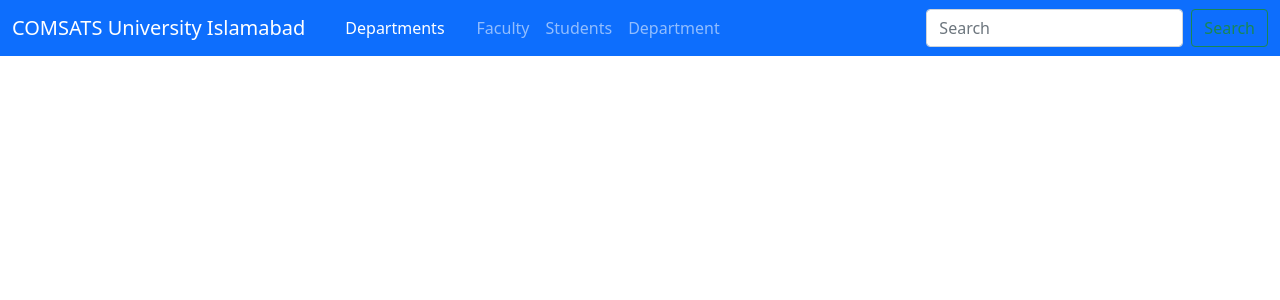
Repository: SaudCh/Web-Mid-Exams
Page: /register
The author's editor kept a copy of each file at every save. The page is drawn from the files as they stood at one save, then again after the next save.
The browser window is 1280 px wide. The pictures show the whole page.
The project was rebuilt for these pictures with package versions that can differ from the ones it lists, and the page was loaded fresh each time.

Above is the page before, as saved 2021-11-22 10:34:01.

### src/App.js
import React from "react";
import { BrowserRouter as Router, Switch, Route, Link } from "react-router-dom";
import "../node_modules/bootstrap/dist/css/bootstrap.min.css";
import "../node_modules/bootstrap/dist/js/bootstrap.bundle.min";
import Header from "./Shared/Header";

export default function App() {
  return (
    <Router>
      <Header />
    </Router>
  );
}

### src/Shared/Header.jsx
import React from "react";
import { Link } from "react-router-dom";
export default function Header() {
  return (
    <nav class="navbar navbar-expand-lg navbar-dark bg-primary">
      <div class="container-fluid">
        <Link to="/" class="navbar-brand" href="#">
          COMSATS University Islamabad
        </Link>
        <button
          class="navbar-toggler"
          type="button"
          data-bs-toggle="collapse"
          data-bs-target="#navbarSupportedContent"
          aria-controls="navbarSupportedContent"
          aria-expanded="false"
          aria-label="Toggle navigation"
        >
          <span class="navbar-toggler-icon"></span>
        </button>
        <div class="collapse navbar-collapse" id="navbarSupportedContent">
          <ul class="navbar-nav me-auto mb-2 mb-lg-0">
            <li class="nav-item mx-3">
              <Link to="/" class="nav-link active" aria-current="page" href="#">
                Departments
              </Link>
            </li>
            <li class="nav-item">
              <Link to="/" class="nav-link" href="#">
                Faculty
              </Link>
            </li>

            <li class="nav-item">
              <Link
                to="/"
                class="nav-link"
                href="#"
                tabindex="-1"
                aria-disabled="true"
              >
                Students
              </Link>
            </li>
            <li class="nav-item">
              <Link
                to="/"
                class="nav-link"
                href="#"
                tabindex="-1"
                aria-disabled="true"
              >
                Department
              </Link>
            </li>
          </ul>
          <form class="d-flex">
            <input
              class="form-control me-2"
              type="search"
              placeholder="Search"
              aria-label="Search"
            />
            <button class="btn btn-outline-success" type="submit">
              Search
            </button>
          </form>
        </div>
      </div>
    </nav>
  );
}

Loaded but not shown: public/index.html (common file); src/index.js (common file); src/index.css (common file); src/reportWebVitals.js (common file)

After the next save:
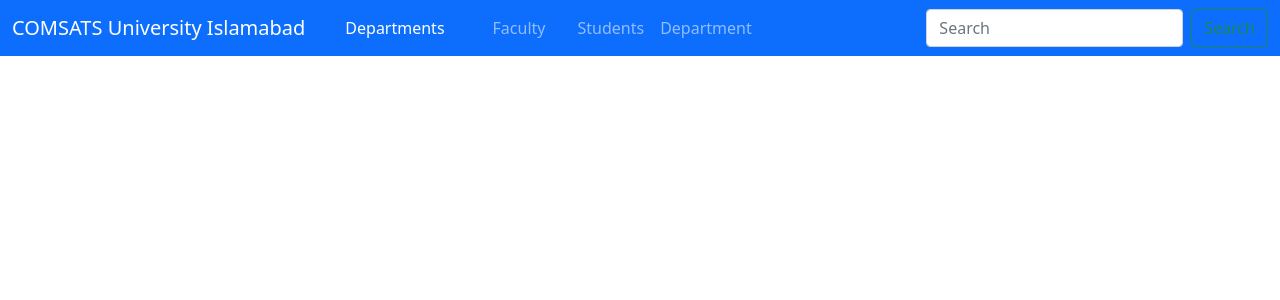
Saved 8 s later.
--- a/src/Shared/Header.jsx
+++ b/src/Shared/Header.jsx
@@ -25,7 +25,7 @@
                 Departments
               </Link>
             </li>
-            <li class="nav-item">
+            <li class="nav-item mx-3">
               <Link to="/" class="nav-link" href="#">
                 Faculty
               </Link>
